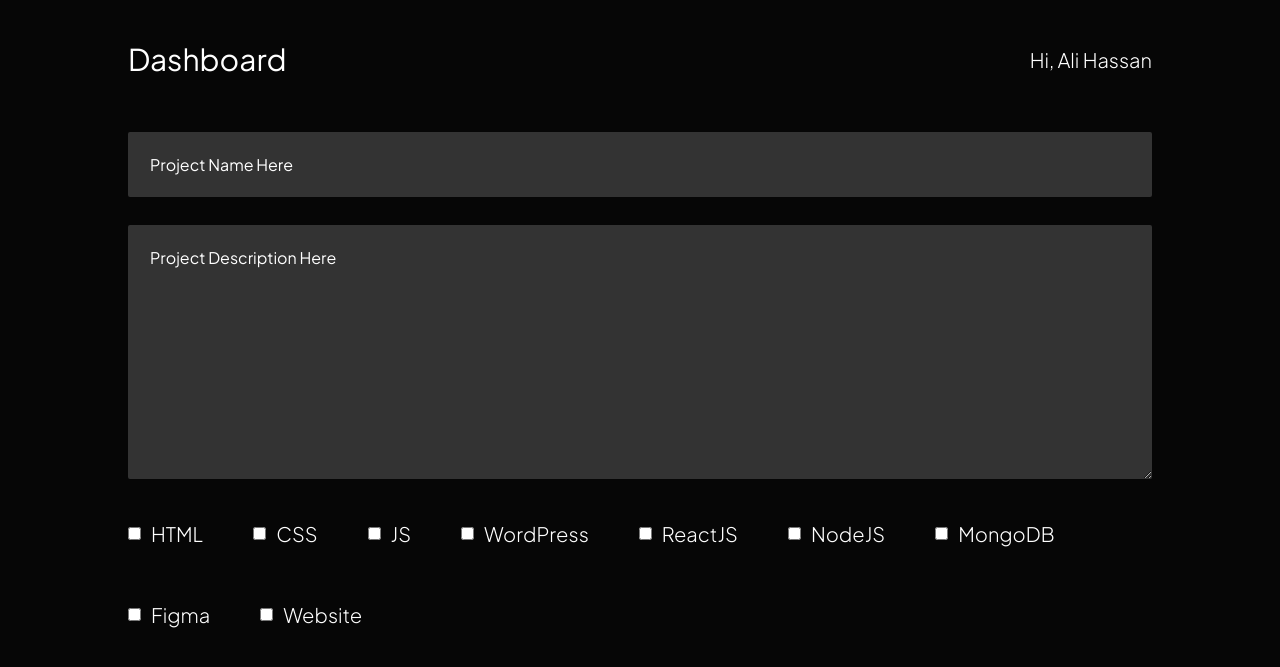
Repository: AliHassan02-Dev/PORTFOLIO
Page: /AdminDashborad (app in Front-end/)
An editor plug-in stored every save of this project. The page is shown before and after the next save, followed by the edit.
The browser window is 1280 px wide. The pictures show the whole page.
The project was rebuilt for these pictures with package versions that can differ from the ones it lists, and the page was loaded fresh each time. Also part of the build but not shown: Front-end/vite.config.js, Front-end/src/Pages/Home.jsx, Front-end/src/Pages/About.jsx, Front-end/src/Components/Footer.jsx, Front-end/src/Components/Navbar.jsx, Front-end/src/data.js, Front-end/src/Components/ProjectsBox.jsx, Front-end/src/App.jsx and 5 more.

Above is the page before, as saved 2024-08-31 07:16:16.

After the next save:
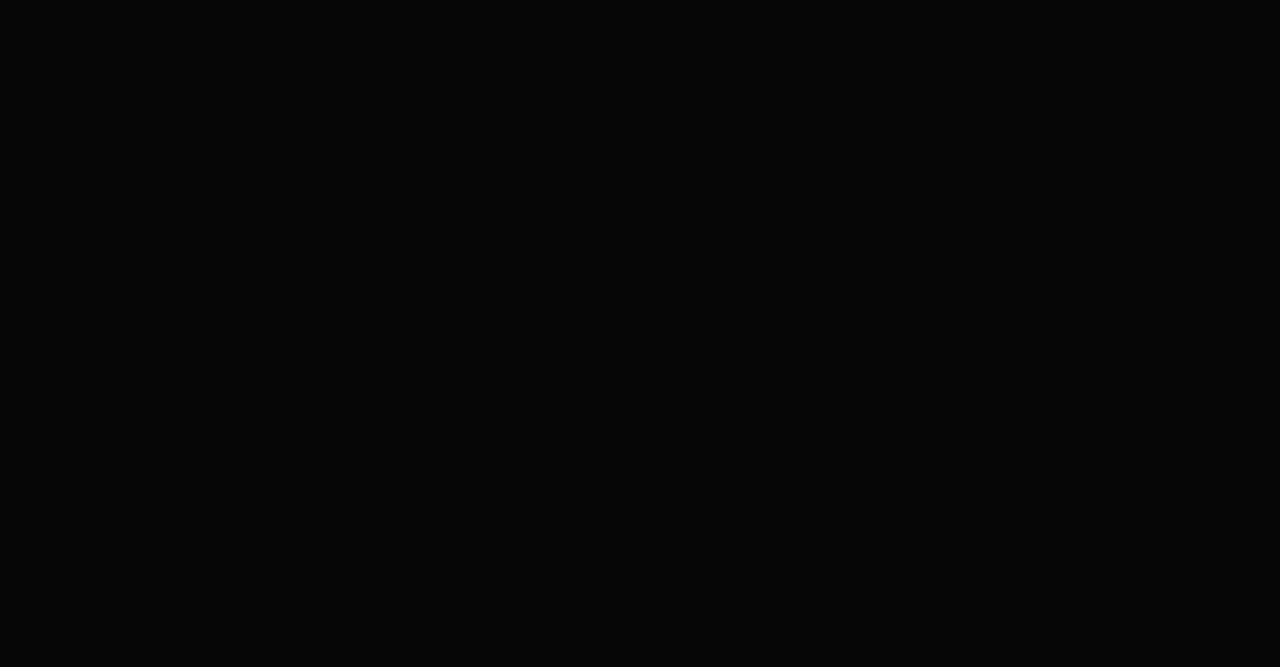
Console error: ReferenceError: useState is not defined
Saved 4 min 43 s later.
--- a/Front-end/src/Pages/AdminDashboard.jsx
+++ b/Front-end/src/Pages/AdminDashboard.jsx
@@ -1,6 +1,20 @@
 import React from "react";
 
 const AdminDashboard = () => {
+  const [projectData, setProjectData] = useState({
+    projectName: "",
+    projectDesc: "",
+    Html: "",
+    Css: "",
+    Js: "",
+    React: "",
+    Wordpress: "",
+    Node: "",
+    MongoDb: "",
+    Figma: "",
+    Website: "",
+  });
+
   return (
     <div className="dashboardWrapper">
       <div className="dashboardContainer">
@@ -17,47 +31,82 @@
             type="text"
             name="projectName"
             placeholder="Project Name Here"
+            value={projectData.projectName}
           />
-          <textarea name="projectDesc" cols="30" rows="10" placeholder="Project Description Here"></textarea>
+          <textarea
+            name="projectDesc"
+            cols="30"
+            rows="10"
+            placeholder="Project Description Here"
+            value={projectData.projectDesc}
+          ></textarea>
 
           <div className="skillBox">
             <div className="skillBar">
-              <input type="checkbox" name="skillName" value="Html" />
+              <input
+                type="checkbox"
+                name="skillName"
+                value={projectData.Html}
+              />
               <p>HTML</p>
             </div>
             <div className="skillBar">
-              <input type="checkbox" name="skillName" value="Css" />
+              <input type="checkbox" name="skillName" value={projectData.Css} />
               <p>CSS</p>
             </div>
             <div className="skillBar">
-              <input type="checkbox" name="skillName" value="Js" />
+              <input type="checkbox" name="skillName" value={projectData.Js} />
               <p>JS</p>
             </div>
             <div className="skillBar">
-              <input type="checkbox" name="skillName" value="Wordpress" />
+              <input
+                type="checkbox"
+                name="skillName"
+                value={projectData.Wordpress}
+              />
               <p>WordPress</p>
             </div>
             <div className="skillBar">
-              <input type="checkbox" name="skillName" value="React" />
+              <input
+                type="checkbox"
+                name="skillName"
+                value={projectData.React}
+              />
               <p>ReactJS</p>
             </div>
             <div className="skillBar">
-              <input type="checkbox" name="skillName" value="Node" />
+              <input
+                type="checkbox"
+                name="skillName"
+                value={projectData.Node}
+              />
               <p>NodeJS</p>
             </div>
             <div className="skillBar">
-              <input type="checkbox" name="skillName" value="MongoDb" />
+              <input
+                type="checkbox"
+                name="skillName"
+                value={projectData.MongoDb}
+              />
               <p>MongoDB</p>
             </div>
           </div>
 
           <div className="linksBox">
             <div className="linksBar">
-              <input type="checkbox" name="projectLinks" value="Figma" />
+              <input
+                type="checkbox"
+                name="projectLinks"
+                value={projectData.Figma}
+              />
               <p>Figma</p>
             </div>
             <div className="linksBar">
-              <input type="checkbox" name="projectLinks" value="Website" />
+              <input
+                type="checkbox"
+                name="projectLinks"
+                value={projectData.Website}
+              />
               <p>Website</p>
             </div>
           </div>

After the 2 saves that followed:
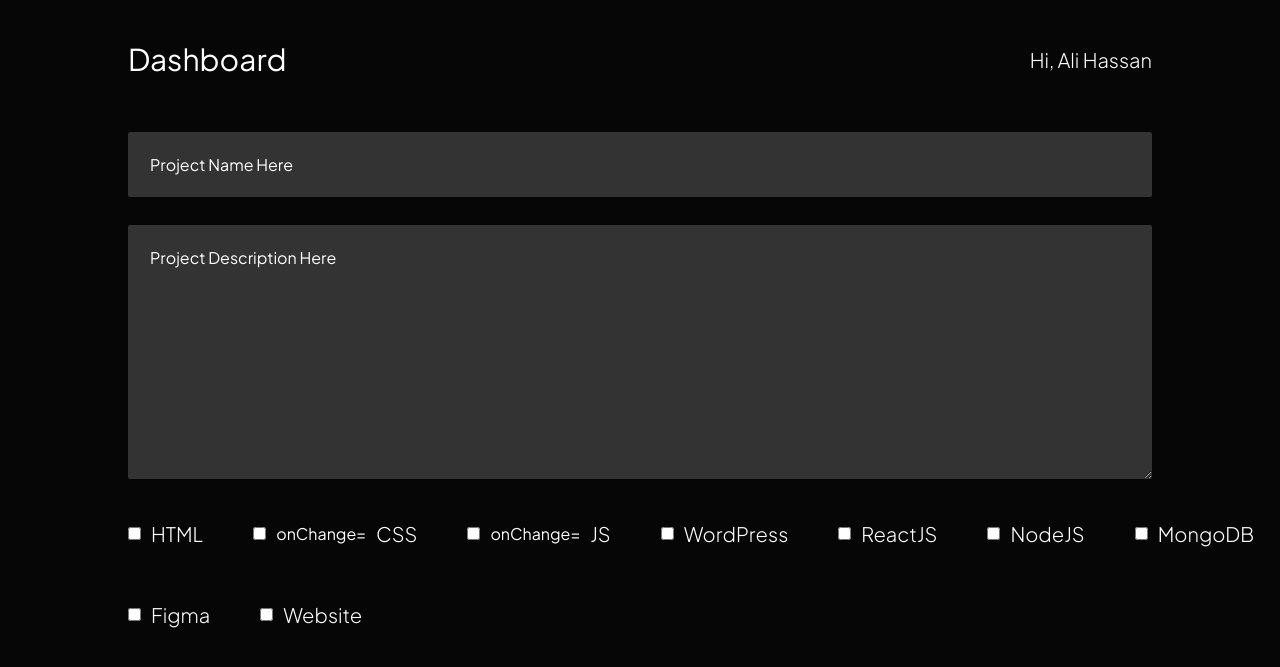
The error is gone.
The 2 saves are shown as one change because 1 left the picture as it was.
The last was saved 89 s later.
--- a/Front-end/src/Pages/AdminDashboard.jsx
+++ b/Front-end/src/Pages/AdminDashboard.jsx
@@ -1,4 +1,4 @@
-import React from "react";
+import React, { useState } from "react";
 
 const AdminDashboard = () => {
   const [projectData, setProjectData] = useState({
@@ -14,6 +14,16 @@
     Figma: "",
     Website: "",
   });
+
+  const handleEvent = (e) => {
+    const name = e.target.name;
+    const value = e.target.value;
+
+    setProjectData({
+      ...projectData,
+      [name]: value,
+    });
+  };
 
   return (
     <div className="dashboardWrapper">
@@ -32,6 +42,7 @@
             name="projectName"
             placeholder="Project Name Here"
             value={projectData.projectName}
+            onChange={handleEvent}
           />
           <textarea
             name="projectDesc"
@@ -39,6 +50,7 @@
             rows="10"
             placeholder="Project Description Here"
             value={projectData.projectDesc}
+            onChange={handleEvent}
           ></textarea>
 
           <div className="skillBox">
@@ -47,15 +59,18 @@
                 type="checkbox"
                 name="skillName"
                 value={projectData.Html}
+                onChange={handleEvent}
               />
               <p>HTML</p>
             </div>
             <div className="skillBar">
               <input type="checkbox" name="skillName" value={projectData.Css} />
+              onChange={handleEvent}
               <p>CSS</p>
             </div>
             <div className="skillBar">
               <input type="checkbox" name="skillName" value={projectData.Js} />
+              onChange={handleEvent}
               <p>JS</p>
             </div>
             <div className="skillBar">
@@ -63,6 +78,7 @@
                 type="checkbox"
                 name="skillName"
                 value={projectData.Wordpress}
+                onChange={handleEvent}
               />
               <p>WordPress</p>
             </div>
@@ -71,6 +87,7 @@
                 type="checkbox"
                 name="skillName"
                 value={projectData.React}
+                onChange={handleEvent}
               />
               <p>ReactJS</p>
             </div>
@@ -79,6 +96,7 @@
                 type="checkbox"
                 name="skillName"
                 value={projectData.Node}
+                onChange={handleEvent}
               />
               <p>NodeJS</p>
             </div>
@@ -87,6 +105,7 @@
                 type="checkbox"
                 name="skillName"
                 value={projectData.MongoDb}
+                onChange={handleEvent}
               />
               <p>MongoDB</p>
             </div>
@@ -98,6 +117,7 @@
                 type="checkbox"
                 name="projectLinks"
                 value={projectData.Figma}
+                onChange={handleEvent}
               />
               <p>Figma</p>
             </div>
@@ -106,6 +126,7 @@
                 type="checkbox"
                 name="projectLinks"
                 value={projectData.Website}
+                onChange={handleEvent}
               />
               <p>Website</p>
             </div>
